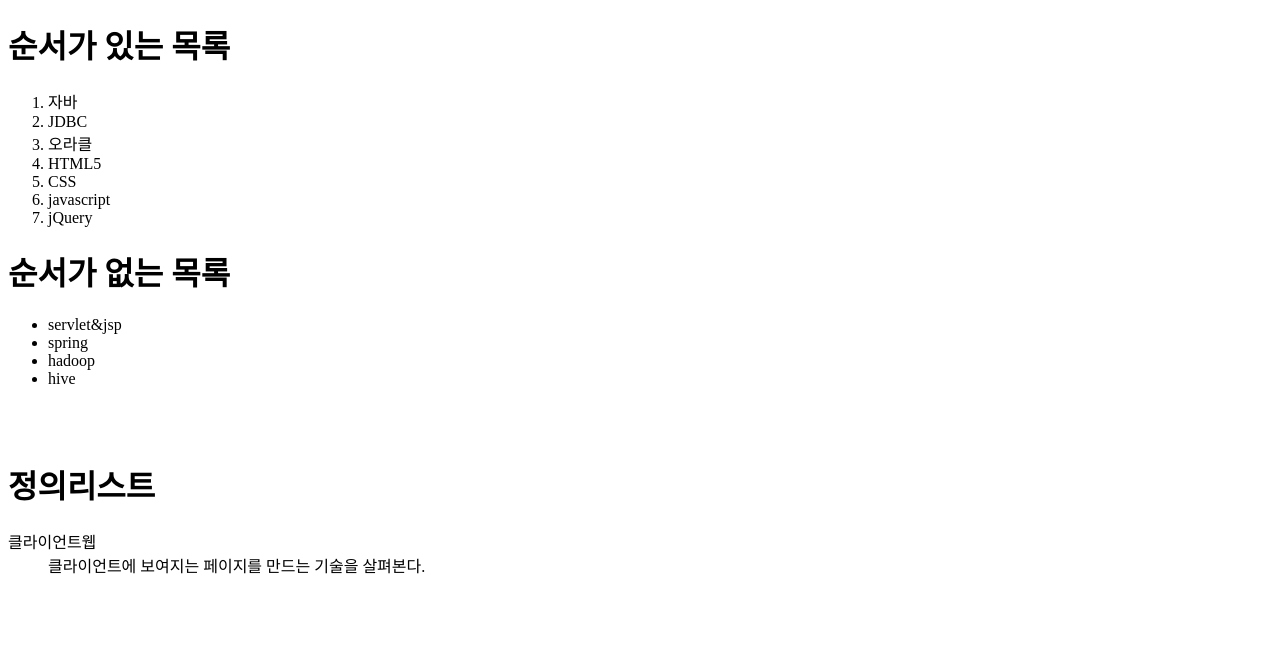
Repository: insunkang/JSP
Page: clientweb/WebContent/html/list.html
These files come from the project's save history. The page is drawn as it stood at one moment and after the next save; the edit follows.
The browser window is 1280 px wide. The pictures show the whole page.

Above is the page before, as saved 2019-12-31 07:48:24.

After the next save:
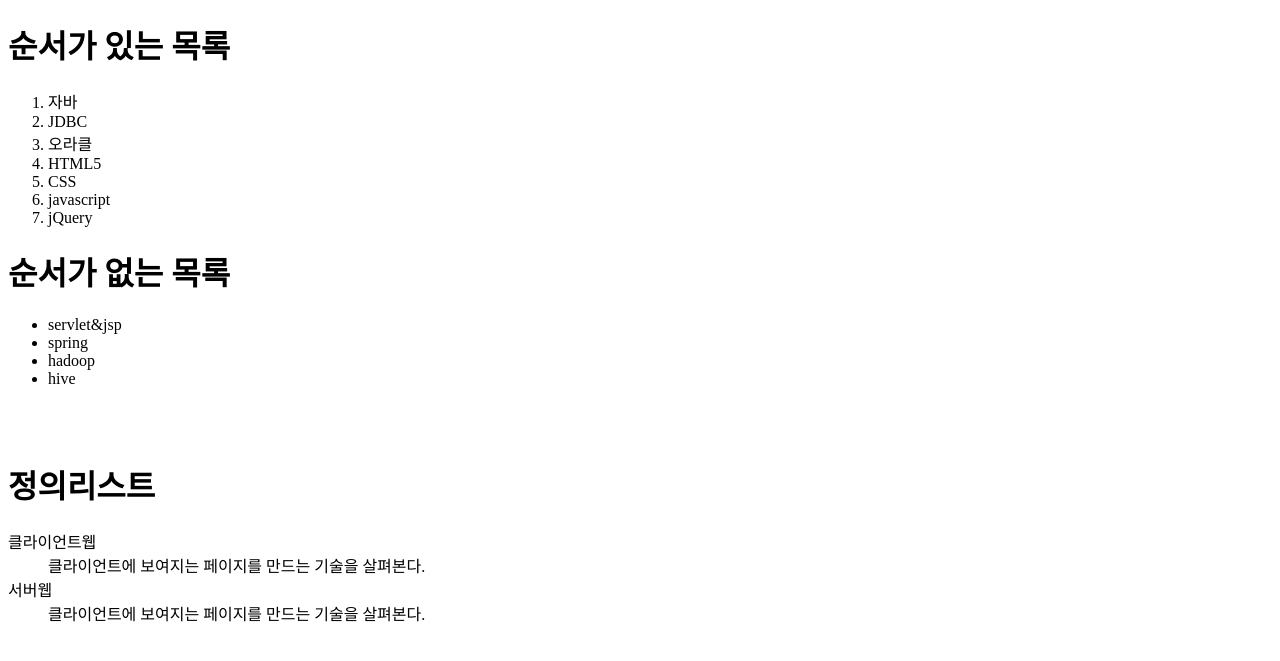
Saved 21 s later.
--- a/clientweb/WebContent/html/list.html
+++ b/clientweb/WebContent/html/list.html
@@ -28,6 +28,8 @@
 	<dl>
 		<dt>클라이언트웹</dt>
 		<dd>클라이언트에 보여지는 페이지를 만드는 기술을 살펴본다.</dd>
+		<dt>서버웹</dt>
+		<dd>클라이언트에 보여지는 페이지를 만드는 기술을 살펴본다.</dd>
 	</dl>
 </body>
 </html>
